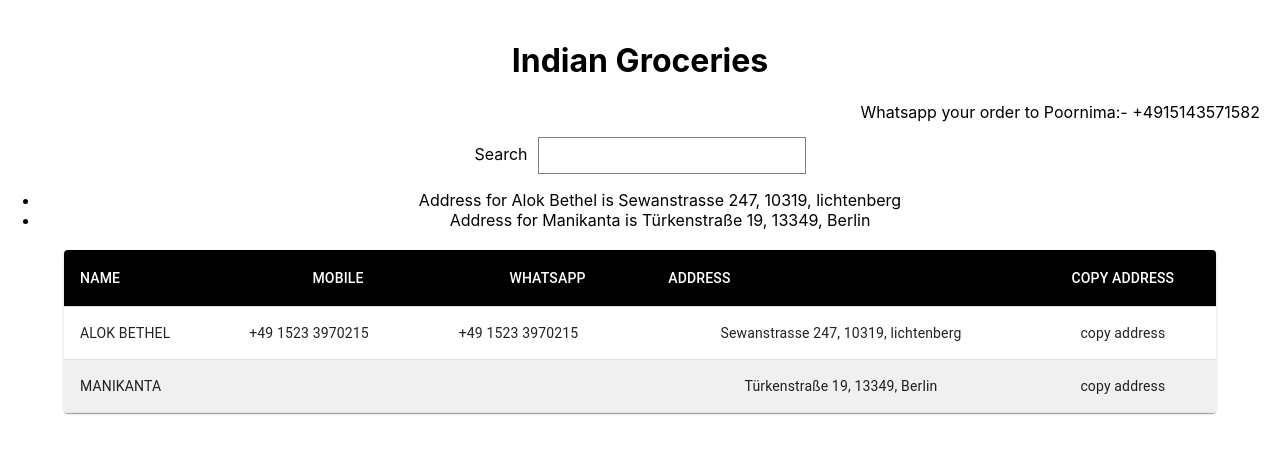
Repository: gopisanto/gms
Page: /address
These files come from the project's save history. The page is drawn as it stood at one moment and after the next save; the edit follows.
The browser window is 1280 px wide. The pictures show the whole page.
The project was rebuilt for these pictures with package versions that can differ from the ones it lists, and the page was loaded fresh each time. Also part of the build but not shown: src/When.js, src/Groceries_list.js.

Above is the page before, as saved 2020-02-17 14:59:30.

After the next save:
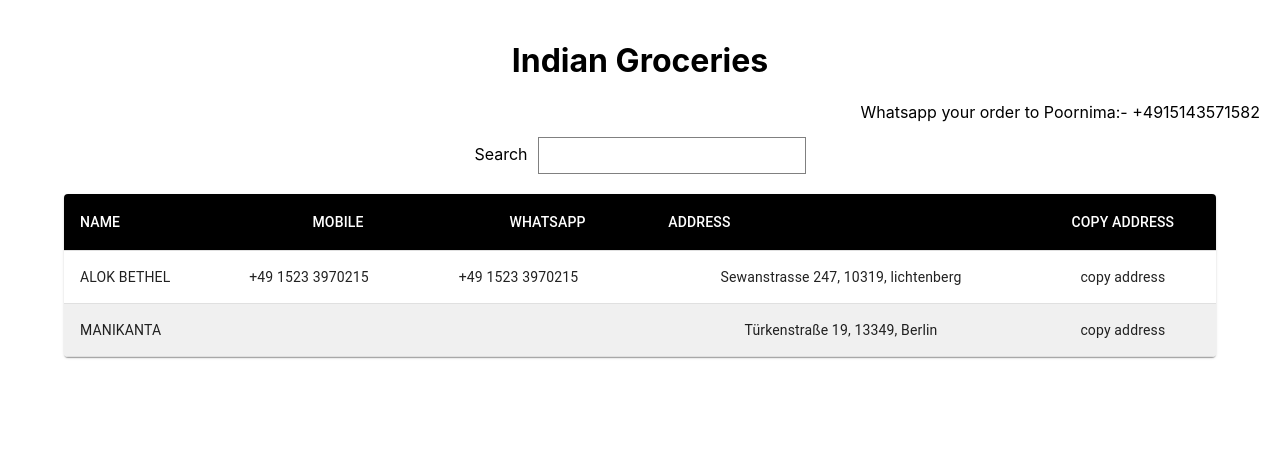
Saved 2 min 59 s later.
--- a/src/Address.js
+++ b/src/Address.js
@@ -52,9 +52,6 @@ const Address = ({ filter }) => {
   const classes = useStyles();
   return (
     <React.Fragment>
-      <ul>
-        {map(addresses, address => (<li key={`${address.name}${address.address}`}>{`Address for ${address.name} is ${address.address}`}</li>))}
-      </ul>
       <Paper className={classes.root}>
         <Table className={classes.table}>
           <TableHead>
